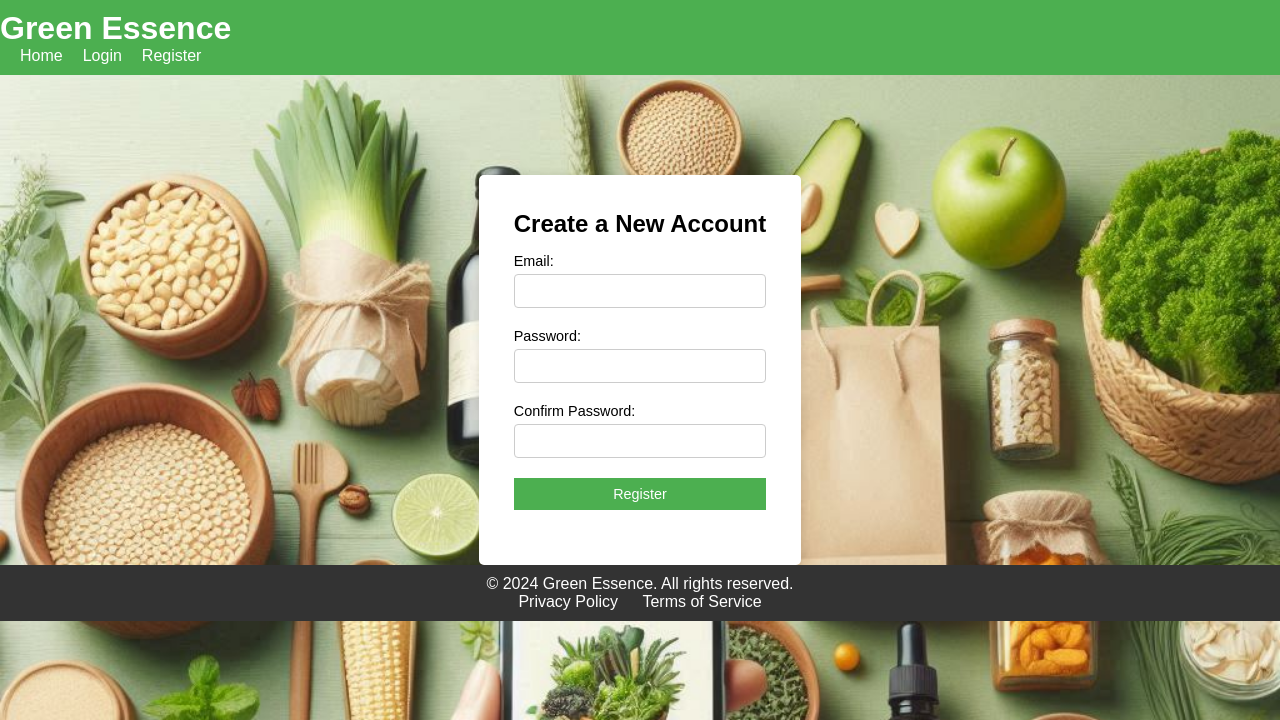
Repository: niki3210/Sahyadri
Page: Projectorganic/Register.html
An editor plug-in stored every save of this project. The page is shown before and after the next save, followed by the edit.
The browser window is 1280 px wide. The pictures show the whole page.

Above is the page before, as saved 2024-06-21 14:33:59.
Not found: Projectorganic/script.js

### Projectorganic/Register.html
<!DOCTYPE html>
<html lang="en">
<head>
    <meta charset="UTF-8">
    <meta name="viewport" content="width=device-width, initial-scale=1.0">
    <title>Register - Green Essence</title>
    <link rel="stylesheet" href="styles.css">
    <link rel="stylesheet" href="login.html">
</head>
<body>
    <header>
        <h1>Green Essence</h1>
        <nav>
            <ul>
                <li><a href="index.html">Home</a></li>
                <li><a href="login.html">Login</a></li>
                <li><a href="register.html">Register</a></li>

            </ul>
        </nav>
    </header>

    <div class="container">
        <div class="login-container">
            <div class="register-form">
                <h2>Create a New Account</h2>
                <form action="/register" method="POST">
                    <label for="new-email">Email:</label>
                    <input type="email" id="new-email" name="new-email" required>
                    <div class="error" id="new-email-error"></div>

                    <label for="new-password">Password:</label>
                    <input type="password" id="new-password" name="new-password" required>
                    <div class="error" id="new-password-error"></div>

                    <label for="confirm-password">Confirm Password:</label>
                    <input type="password" id="confirm-password" name="confirm-password" required>
                    <div class="error" id="confirm-password-error"></div>

                    <button type="submit">Register</button>
                </form>
            </div>
        </div>
    </div>

    <footer>
        <p>&copy; 2024 Green Essence. All rights reserved.</p>
        <div>
            <a href="#">Privacy Policy</a>
            <a href="#">Terms of Service</a>
        </div>
    </footer>

    <script src="script.js"></script>
</body>
</html>

### Projectorganic/styles.css
/* Combined CSS for Home, Login, and Register Pages */

/* Reset default browser styles */
* {
    box-sizing: border-box;
    margin: 0;
    padding: 0;
}

/* Global styles */
body {
    font-family: Arial, sans-serif;
    color: black;
    margin: 0;
    padding: 0;
    box-sizing: border-box;
    min-height: 100vh; /* Ensure body extends to at least the full height of the viewport */
    display: flex;
    flex-direction: column; /* Use flexbox to make sure footer stays at the bottom */
}

/* Header styles */
header {
    background-color: #4CAF50;
    color: white;
    padding: 10px 0;
}

header .container {
    display: flex;
    justify-content: space-between;
    align-items: center;
    max-width: 1200px;
    margin: 0 auto;
    padding: 0 20px;
}

header h1 {
    margin: 0;
}

header nav ul {
    list-style: none;
    margin: 0;
    padding: 0;
    display: flex;
}

header nav ul li {
    margin-left: 20px;
}

header nav ul li a {
    color: white;
    text-decoration: none;
}

header nav ul li a:hover {
    text-decoration: underline;
}

/* Home Page Styles */
#home {
    background-image: url('backgroundhome.jpeg');
    background-size: cover;
    background-repeat: no-repeat;
    background-position: center;
    background-attachment: fixed;
    color: white;
    text-align: center;
    padding: 100px 20px;
}

section {
    padding: 60px 0;
}

.container {
    max-width: 1200px;
    margin: 0 auto;
    padding: 0 20px;
}

/* About Section */
#about {
    background-color: #fffefe;
    padding: 40px 0;
}

/* Contact Section Styles */
#contact {
    background-color: #fff;
    padding: 40px 0;
}

#contact h2 {
    text-align: center;
    margin-bottom: 40px;
    color: #000000;
}

#contact .container {
    max-width: 900px;
    margin: 0 auto;
}

#contact .contact-info {
    text-align: center;
    margin-bottom: 20px;
}

#contact .contact-info p {
    margin: 10px 0;
}



/* Login/Register Styles */
.login-container,
.register-container {
    max-width: 400px;
    margin: 0 auto;
    padding: 15px;
    background-color: rgb(255, 255, 255);
    border-radius: 5px;
    box-shadow: 0 0 10px rgba(0, 0, 0, 0.1);
    flex: 1; /* Use flex: 1 to push footer to the bottom */
    margin-top: 100px;
    padding: 20px;
}

body {
    font-family: Arial, sans-serif;
    background-image: url('backgroundhome.jpeg');
    background-size: cover;
    color: black;
}

.login-form, .register-form {
    padding: 15px;
    margin-bottom: 20px;
}

.login-form h2, .register-form h2 {
    text-align: center;
    margin-bottom: 15px;
    font-size: 1.5em;
}

label {
    display: block;
    margin-bottom: 5px;
    font-size: 0.9em;
}

input[type="email"],
input[type="password"] {
    width: 100%;
    padding: 8px;
    margin-bottom: 10px;
    border: 1px solid #ccc;
    border-radius: 4px;
    font-size: 0.9em;
}

.error {
    color: red;
    font-size: 0.8em;
    margin-bottom: 10px;
}

button {
    background-color: #4CAF50;
    color: white;
    border: none;
    padding: 8px 15px;
    cursor: pointer;
    transition: background-color 0.3s ease;
    width: 100%;
    font-size: 0.9em;
}

button:hover {
    background-color: #45a049;
}

/* Footer Styles */
footer {
    background-color: #333;
    color: white;
    text-align: center;
    padding: 10px 0;
    width: 100%;
}

footer a {
    color: white;
    margin: 0 10px;
    text-decoration: none;
}

footer a:hover {
    text-decoration: underline;
}

### Projectorganic/login.html
<!DOCTYPE html>
<html lang="en">
<head>
    <meta charset="UTF-8">
    <meta name="viewport" content="width=device-width, initial-scale=1.0">
    <title>Login - Green Essence</title>
    <link rel="stylesheet" href="styles.css">
    <link rel="stylesheet" href="register.html">
    <link rel="stylesheet" href="index.html">
</head>
<body>
    <header>
        <h1>Green Essence</h1>
        <nav>
            <ul>
                <li><a href="index.html">Home</a></li>
                <li><a href="login.html">Login</a></li>
                <li><a href="register.html">Register</a></li>

            </ul>
        </nav>
    </header>

    <div class="container">
        <div class="login-container">
            <form class="login-form" action="/login" method="POST">
                <h2>Login to Your Account</h2>
                <label for="email">Email:</label>
                <input type="email" id="email" name="email" required>
                <div class="error" id="email-error"></div>

                <label for="password">Password:</label>
                <input type="password" id="password" name="password" required>
                <div class="error" id="password-error"></div>

                <button type="submit">Login</button>
            </form>
        </div>
    </div>

    <footer>
        <p>&copy; 2024 Green Essence. All rights reserved.</p>
        <div>
            <a href="#">Privacy Policy</a>
            <a href="#">Terms of Service</a>
        </div>
    </footer>

    <script src="script.js"></script>
</body>
</html>

After the next save:
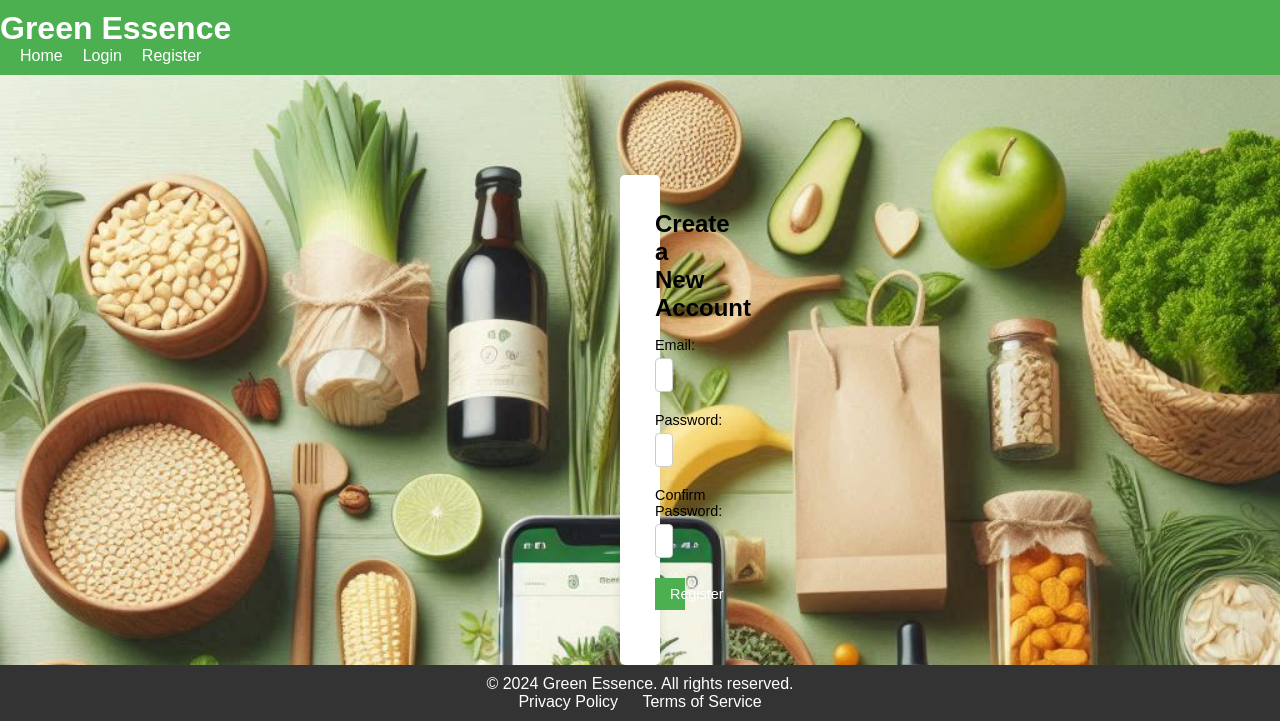
Saved 24 s later.
--- a/Projectorganic/styles.css
+++ b/Projectorganic/styles.css
@@ -118,7 +118,7 @@
 /* Login/Register Styles */
 .login-container,
 .register-container {
-    max-width: 400px;
+    max-width: 0px;
     margin: 0 auto;
     padding: 15px;
     background-color: rgb(255, 255, 255);

After the save that followed:
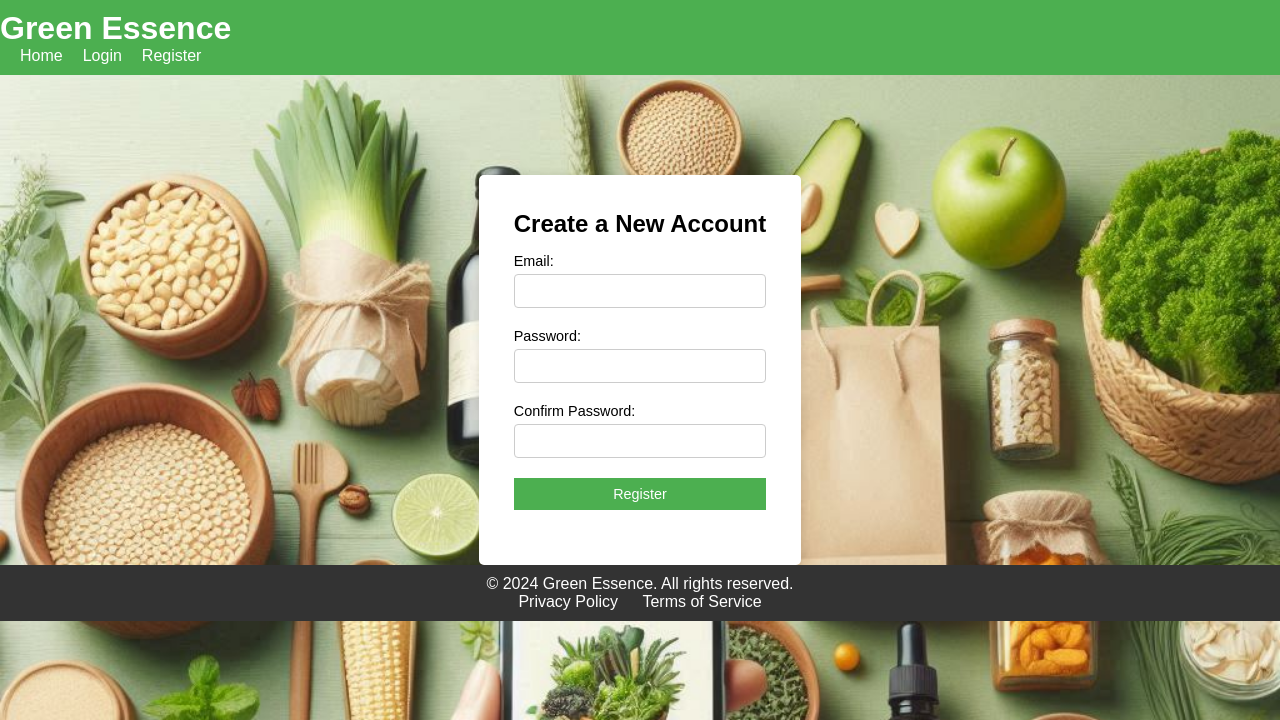
Saved 2 s later.
--- a/Projectorganic/styles.css
+++ b/Projectorganic/styles.css
@@ -118,7 +118,7 @@
 /* Login/Register Styles */
 .login-container,
 .register-container {
-    max-width: 0px;
+    max-width: 350px;
     margin: 0 auto;
     padding: 15px;
     background-color: rgb(255, 255, 255);
